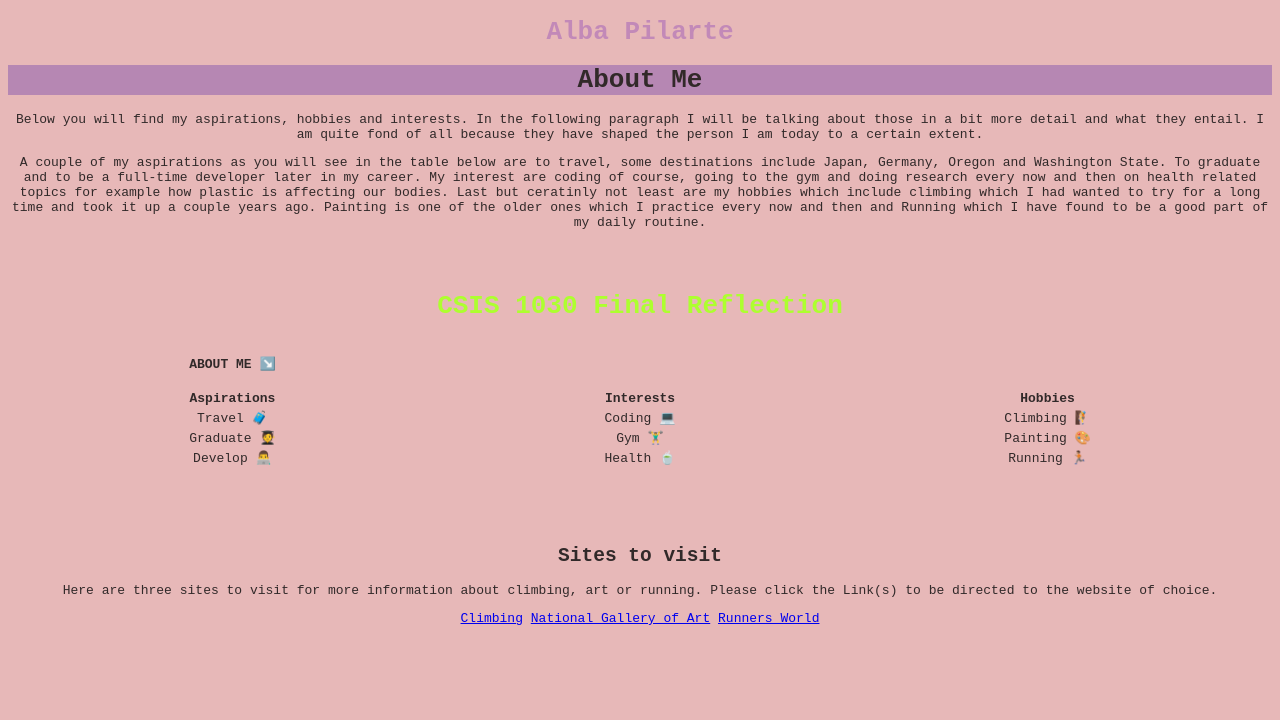
Repository: pilar122/e-portfolio
Page: index.html
These files come from the project's save history. The page is drawn as it stood at one moment and after the next save; the edit follows.
The browser window is 1280 px wide. The pictures show the whole page.

Above is the page before, as saved 2022-04-24 13:46:30.

### index.html
<!DOCTYPE html>
<html>
<head>
<title>Alba e-portfolio</title>
<style>
body {
  background-color: rgb(231, 184, 184);
  text-align: center;
  color: rgb(49, 41, 41);
  font-family: monospace;
}
</style>
</head>
<body>
    <header>
        <h1><span style="color:rgb(194, 137, 184)">Alba Pilarte</span></h1>
    </header>
    <header>
        <h1 style="background-color:rgb(182, 135, 179);">About Me</h1>
        <p>Below you will find my aspirations, hobbies and interests. In the following paragraph I will be talking about those in a bit more detail and what they entail. I am quite fond of all because they have shaped the person I am today to a certain extent.</p>
        <p>A couple of my aspirations as you will see in the table below are to travel, some destinations include Japan, Germany, Oregon and Washington State. To graduate and to be a full-time developer later in my career. My interest are coding of course, going to the gym and doing research every now and then on health related topics for example how plastic is affecting our bodies. Last but ceratinly not least are my hobbies which include climbing which I had wanted to try for a long time and took it up a couple years ago. Painting is one of the older ones which I practice every now and then and Running which I have found to be a good part of my daily routine. </p>
    </header>
    <br>
    <br>

    <Header>
      <h1> <span style= "color: greenyellow;">CSIS 1030 Final Reflection</span></h1>
    </Header>



    <div class="div1">
    <table style="width:100%" >
        <th><br><header>ABOUT ME ↘️ </header><br></th>
        <tr>
          <th>Aspirations</th>
          <th>Interests</th>
          <th>Hobbies</th>
        </tr>
        <tr>
          <td>Travel 🧳</td>
          <td>Coding 💻</td>
          <td>Climbing 🧗</td>
        </tr>
        <tr>
          <td>Graduate 🧑‍🎓</td>
          <td>Gym 🏋️‍♂️</td>
          <td>Painting 🎨</td>
        </tr>
        <tr>
            <td>Develop 👨‍💻</td>
            <td>Health 🍵</td>
            <td>Running 🏃🏽</td>
        </tr>
    </table>
    </div>
    <br>
    <br>
    <br>
    <br>
    <div class="div2">
    <footer>
        <h2>Sites to visit</h2>
        <p>Here are three sites to visit for more information about climbing, art or running. Please click the Link(s) to be directed to the website of choice. </p>
        <a href="https://www.climbing.com">Climbing</a>
        <a href="https://www.nga.gov/collection/drawings/american-drawings.html">National Gallery of Art</a>
        <a href="https://www.runnersworld.com/runners-stories/">Runners World</a>
    </footer>
    </div>
</body>
</html>

After the next save:
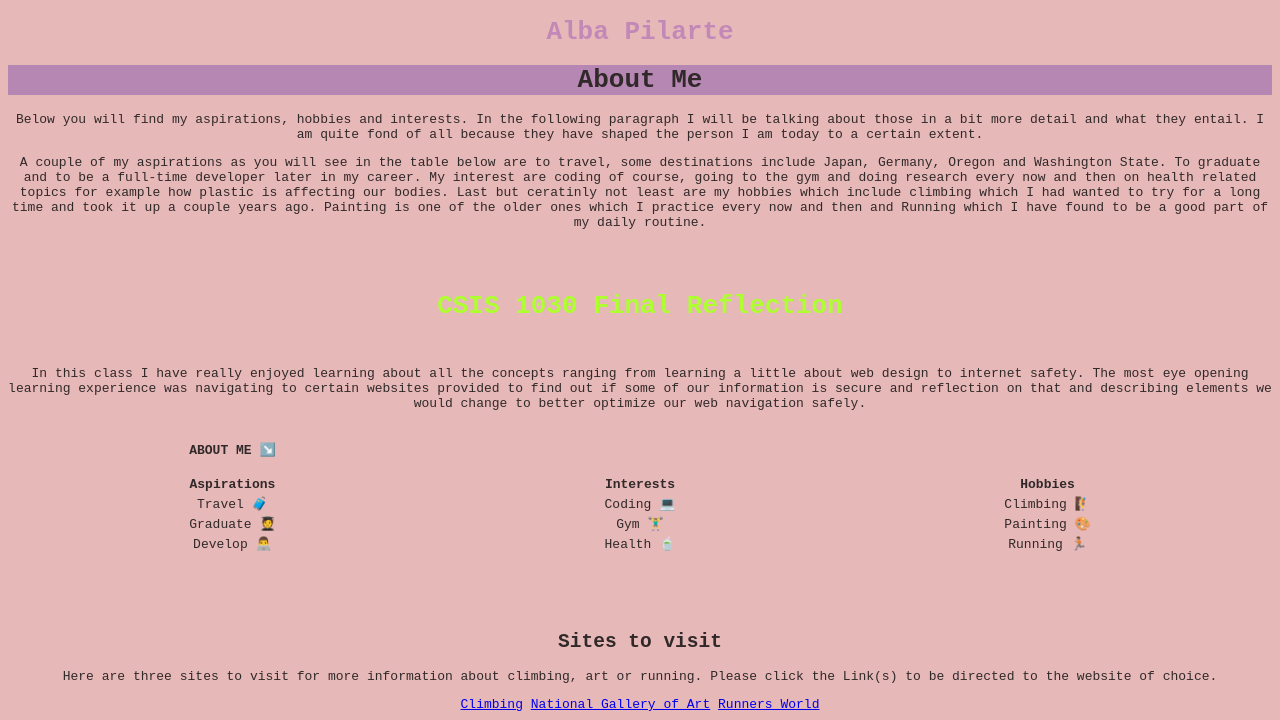
Saved 4 min 56 s later.
--- a/index.html
+++ b/index.html
@@ -25,6 +25,8 @@ body {
 
     <Header>
       <h1> <span style= "color: greenyellow;">CSIS 1030 Final Reflection</span></h1>
+      <br>
+      <p>In this class I have really enjoyed learning about all the concepts ranging from learning a little about web design to internet safety. The most eye opening learning experience was navigating to certain websites provided to find out if some of our information is secure and reflection on that and describing elements we would change to better optimize our web navigation safely.   </p>
     </Header>
 
 
